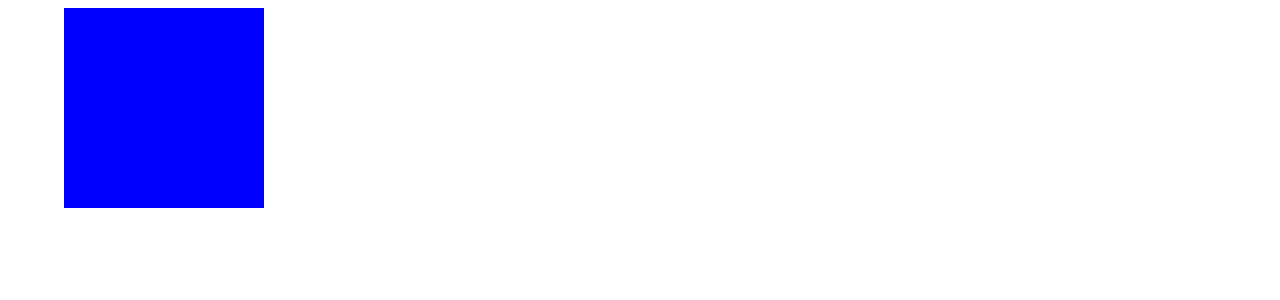
Repository: lokeshHappiest/reactjs-hm-template
Page: / (app in hm-react-template/)
The author's editor kept a copy of each file at every save. The page is drawn from the files as they stood at one save, then again after the next save.
The browser window is 1280 px wide. The pictures show the whole page.
The project was rebuilt for these pictures with package versions that can differ from the ones it lists, and the page was loaded fresh each time. Requests to the local data server were answered from the project's data file. Also part of the build but not shown: hm-react-template/src/styles/styles.js, hm-react-template/src/components/SButton.jsx.

Above is the page before, as saved 2021-12-23 18:05:53.

After the next save:
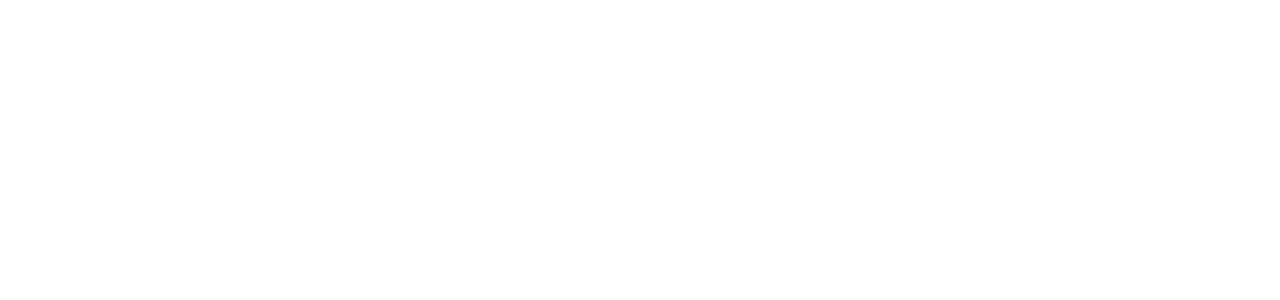
Saved 8 s later.
--- a/hm-react-template/src/App.js
+++ b/hm-react-template/src/App.js
@@ -10,7 +10,7 @@
 
   return (
     <Container>
-      <SCard bgcolor="blue" width={200} height={200} />
+      <SCard bg="blue" width={200} height={200} />
     </Container>
     // <div>
     //   {isPending && <div>Loading...</div>}

After the save that followed:
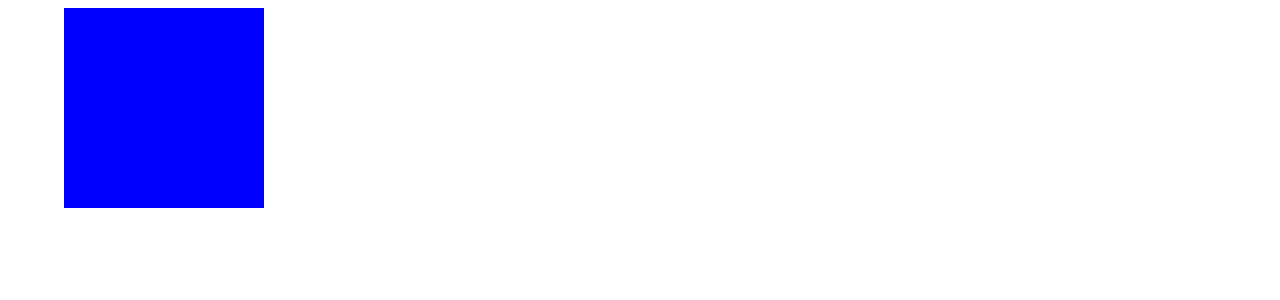
Saved 9 s later.
--- a/hm-react-template/src/App.js
+++ b/hm-react-template/src/App.js
@@ -10,7 +10,7 @@
 
   return (
     <Container>
-      <SCard bg="blue" width={200} height={200} />
+      <SCard bgcolor="blue" width={200} height={200} />
     </Container>
     // <div>
     //   {isPending && <div>Loading...</div>}
